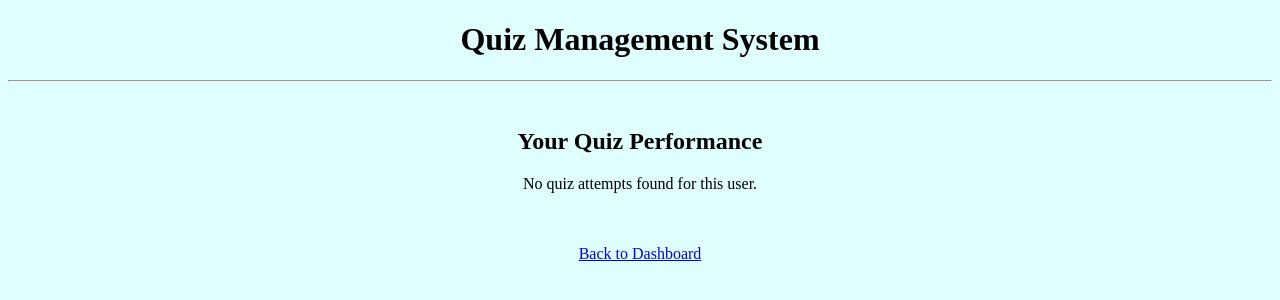
Repository: Rohitsenpai01/Quiz-Manangement-System
Page: http://localhost/WebQuizApp/viewscore.jsp
The author's editor kept a copy of each file at every save. The page is drawn from the files as they stood at one save, then again after the next save.
The browser window is 1280 px wide. The pictures show the whole page.
The page is served by Tomcat 9. Queries for data that is not in the repository find no rows.

Above is the page before, as saved 2026-01-01 01:42:41.

After the next save:
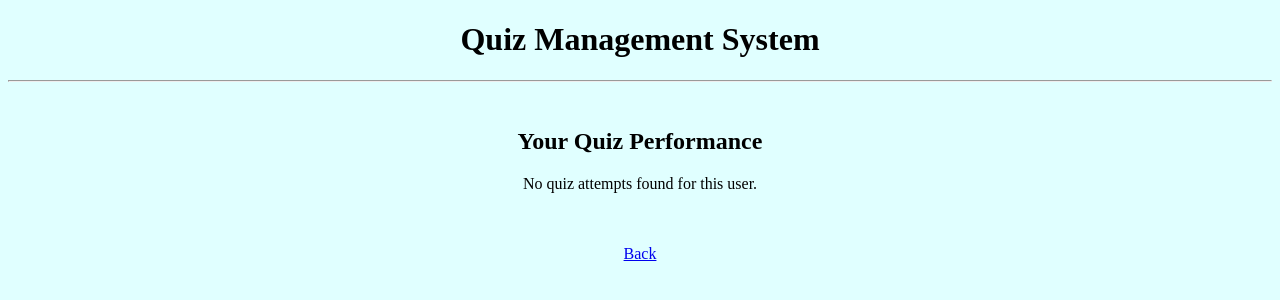
Saved 20 s later.
--- a/WebQuizApp/WebQuizApp/src/main/webapp/viewscore.jsp
+++ b/WebQuizApp/WebQuizApp/src/main/webapp/viewscore.jsp
@@ -47,7 +47,7 @@
         </c:choose>
 
         <br><br>
-        <a href="student.jsp" class="back-btn">Back to Dashboard</a>
+        <a href="student.jsp">Back</a>
     </div>
 </body>
 </html>
